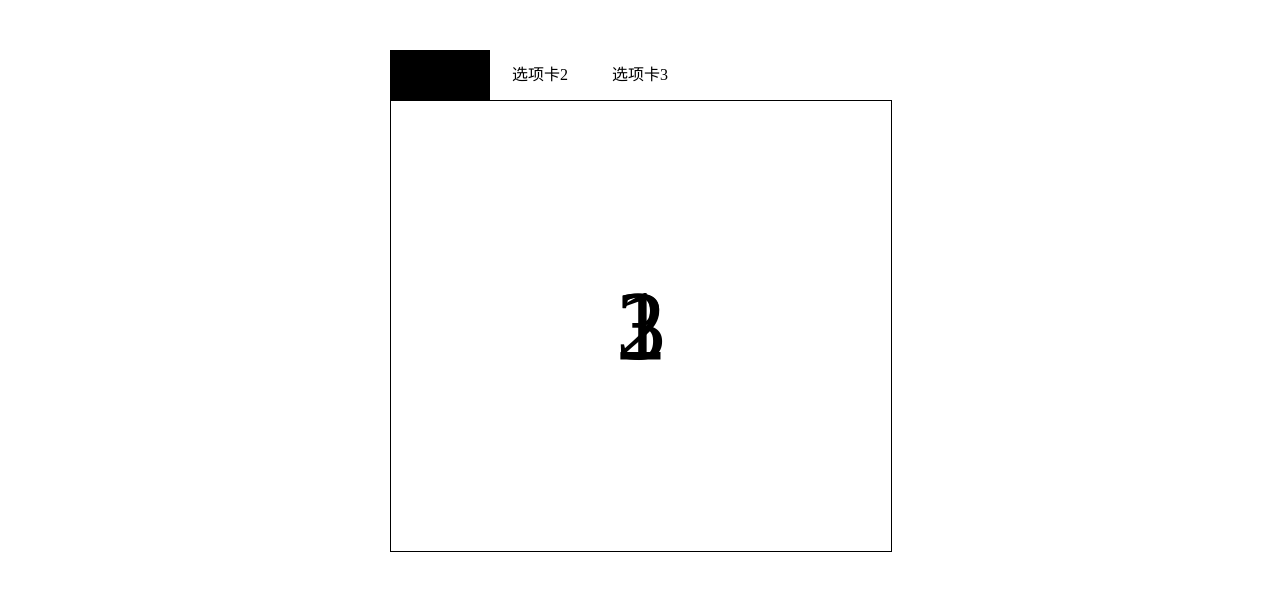
Repository: razzh7/javascript-demo
Page: Tab切换插件/Tab.html
These files come from the project's save history. The page is drawn as it stood at one moment and after the next save; the edit follows.
The browser window is 1280 px wide. The pictures show the whole page.

Above is the page before, as saved 2021-06-14 15:10:24.

### Tab切换插件/Tab.html
<!DOCTYPE html>
<html lang="en">
<head>
  <meta charset="UTF-8">
  <meta http-equiv="X-UA-Compatible" content="IE=edge">
  <meta name="viewport" content="width=device-width, initial-scale=1.0">
  <title>Document</title>
  <link rel="stylesheet" href="./Tab.css">
</head>
<body>
  <!-- 500*500 -->
  <div class="tab-wrap">
    <div class="tab-top clearfix">
      <div class="tab-item active">
        <a href="javascript:;">选项卡1</a>
      </div>
      <div class="tab-item">
        <a href="javascript:;">选项卡2</a>
      </div>
      <div class="tab-item">
        <a href="javascript:;">选项卡3</a>
      </div>
    </div>
    <div class="tab-page">
      <div class="page-item">1</div>
      <div class="page-item">2</div>
      <div class="page-item">3</div>
    </div>
  </div>
</body>
</html>

### Tab切换插件/Tab.css
/* 清除子元素浮动造成的父元素高度坍塌 */
.clearfix::after{
		/*添加一个内容*/
		content: "";
		/*转换为一个块元素*/
		display: block;
		/*清除两侧的浮动*/
		clear: both;
}
.tab-wrap {
	width: 500px;
	height: 500px;
	margin: 50px auto;
}
a {
	text-decoration: none;
}
.tab-top .tab-item{
	float: left;
  height: 50px;
	width: 100px;
	text-align: center;
	line-height: 50px;
}
.tab-top .tab-item a {
	color: #000;
}
.active {
	background-color: #000;
	color: red;
}
.tab-page {
	position: relative;
	height: 450px;
	width: 100%;
	border: 1px solid #000;
}
.page-item {
	width: 100%;
	height: 100%;
	position: absolute;
	text-align: center;
	line-height: 450px;
	font-size: 100px;
}

After the next save:
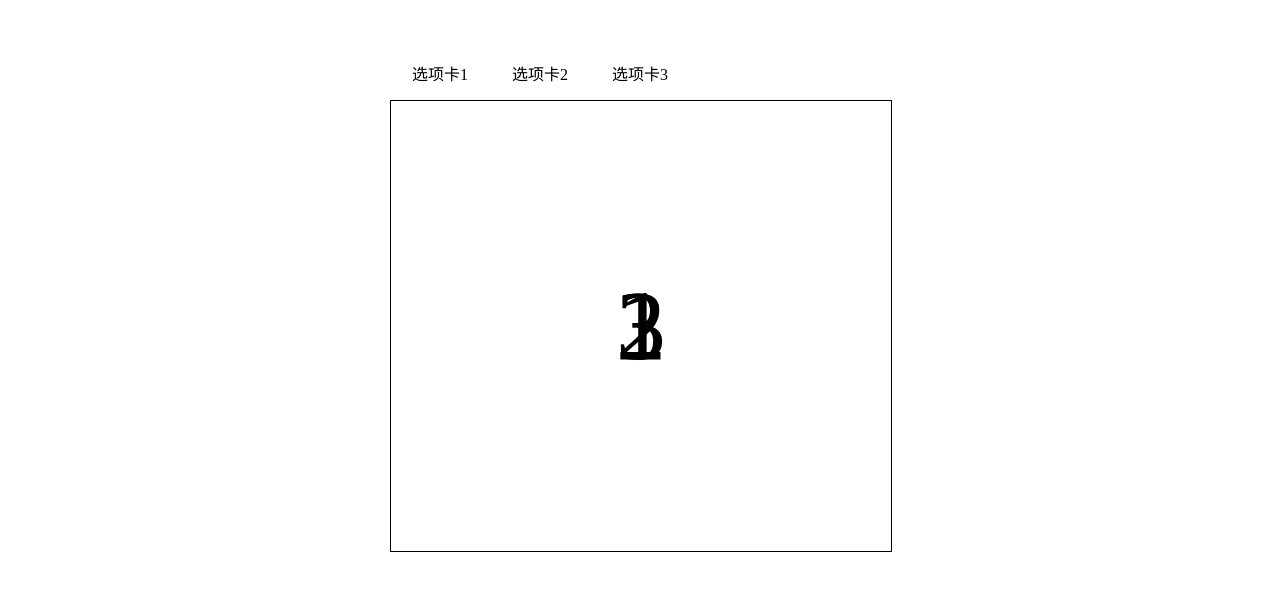
Saved 10 s later.
--- a/Tab切换插件/Tab.css
+++ b/Tab切换插件/Tab.css
@@ -26,7 +26,7 @@
 	color: #000;
 }
 .active {
-	background-color: #000;
+	/* background-color: #000; */
 	color: red;
 }
 .tab-page {
